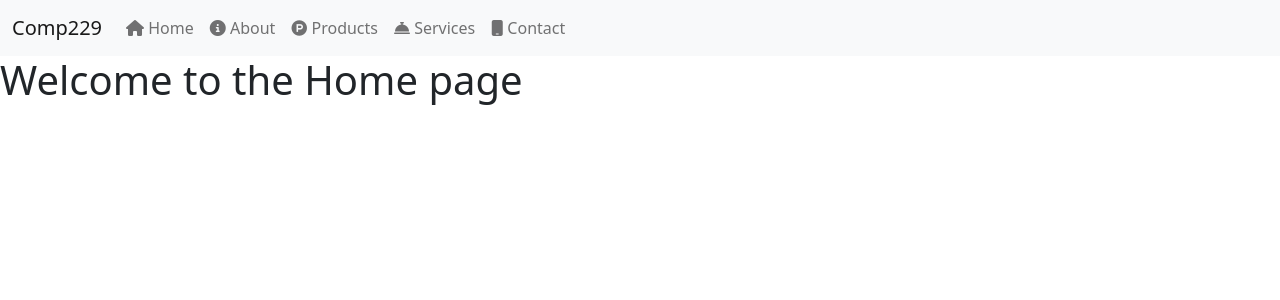
Repository: nhoque7/week3t.2
Page: http://localhost/
An editor plug-in stored every save of this project. The page is shown before and after the next save, followed by the edit.
The browser window is 1280 px wide. The pictures show the whole page.
The page is served by the project's Node server (server.js).

Above is the page before, as saved 2022-10-13 16:46:37.

After the next save:
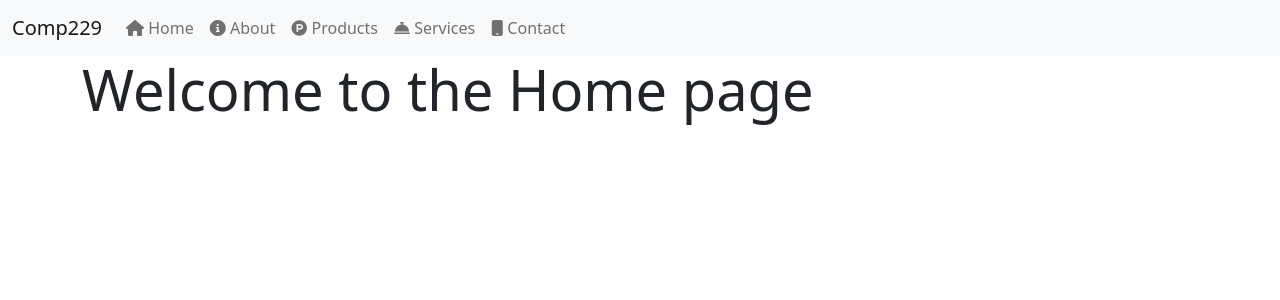
Saved 6 min 28 s later.
--- a/views/index.ejs
+++ b/views/index.ejs
@@ -46,11 +46,13 @@
       </div>
     </div>
   </nav>
-  <h1>Welcome to the <%= title %> page</h1>
 
 
-
-
+  <main class="container">
+    <div class="jumbotorn">
+      <h1 class="display-4">Welcome to the <%= title %> page</h1>
+    </div>
+  </main>
 
     <!-- Script Section -->
     <script src="/jquery/dist/jquery.min.js"></script>
